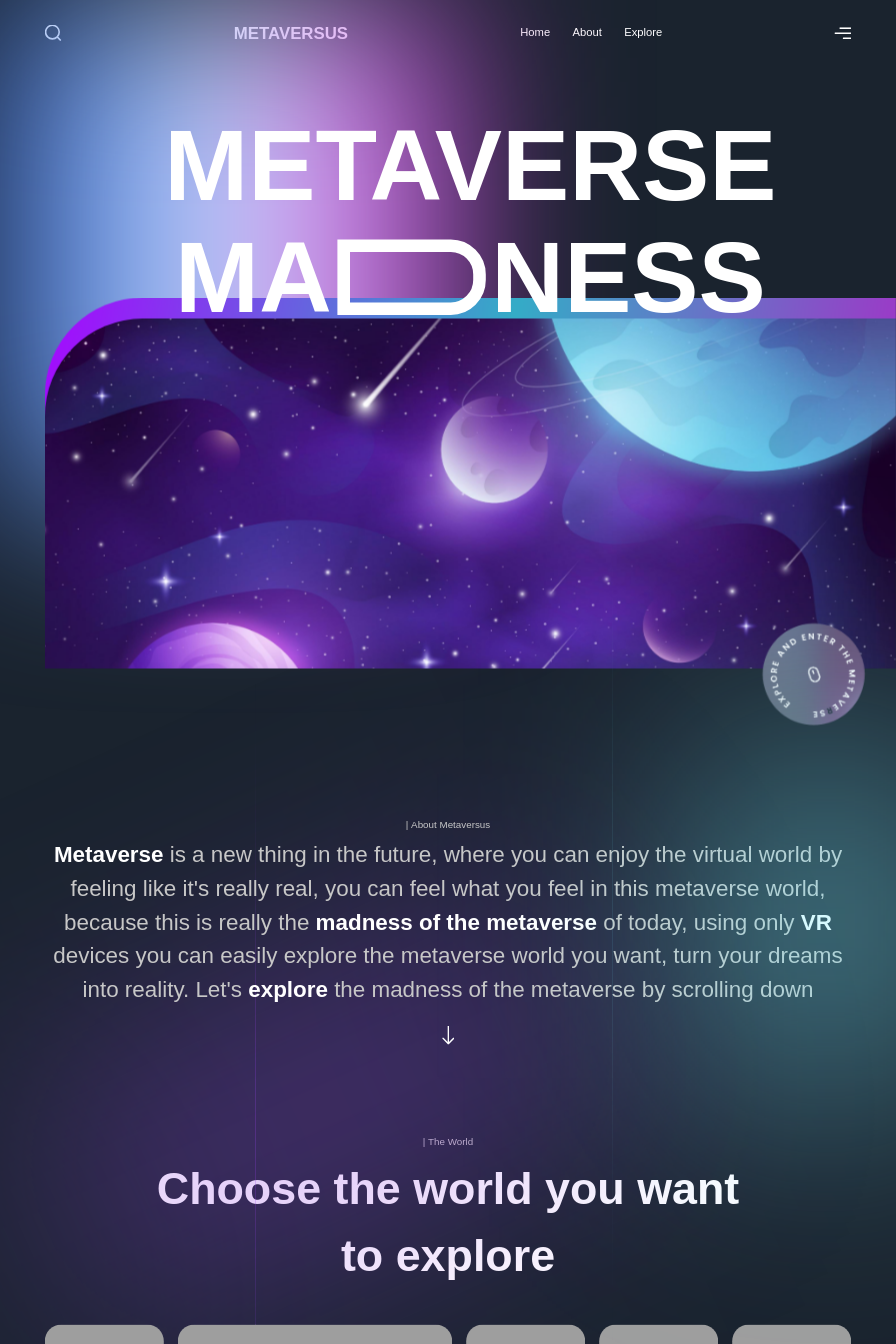
Repository: Shanuga123/metaversus
Page: /
An editor plug-in stored every save of this project. The page is shown before and after a run of saves, followed by the edit.
The browser window is 1280 px wide. The pictures show the part of the page from y = 0 to 1920 px (the page is 7254 px tall), at 70% of full size.
Pictures or frames that could not be fetched are drawn as grey boxes. Some web fonts or font styles are not loaded; a fallback is used. The project was rebuilt for these pictures with package versions that can differ from the ones it lists, and the page was loaded fresh each time. The framework's server and built-in components were replaced by stand-ins that run in the browser. Also part of the build but not shown: next.config.js, sections/Navbar.jsx.

Above is the page before, as saved 2024-08-06 09:11:57.

### sections/index.js
import Hero from './Hero';
import About from './About';
import Explore from './Explore';
import GetStarted from './GetStarted';
import WhatsNew from './WhatsNew';
import World from './World';
import Insights from './Insights';
import Feedback from './Feedback';
import Navbar from './Navbar';

export {
  Navbar,
  Hero,
  About,
  Explore,
  GetStarted,
  WhatsNew,
  World,
  Insights,
  Feedback,
};

### components/Navbar.jsx
'use client';

import { motion } from 'framer-motion';
import { useEffect, useState } from 'react';
import styles from '../styles';
import { navVariants } from '../utils/motion';

const Navbar = () => {
  const [navbarVisible, setNavbarVisible] = useState(true);

  useEffect(() => {
    let lastScrollY = window.scrollY;

    const handleScroll = () => {
      if (window.scrollY > lastScrollY) {
        setNavbarVisible(false); // Hide navbar when scrolling down
      } else {
        setNavbarVisible(true); // Show navbar when scrolling up
      }
      lastScrollY = window.scrollY;
    };

    window.addEventListener('scroll', handleScroll);

    return () => {
      window.removeEventListener('scroll', handleScroll);
    };
  }, []);

  return (
    <motion.nav
      variants={navVariants}
      initial="hidden"
      whileInView="show"
      className={`${styles.xPaddings} py-8 ${styles.navbar} ${navbarVisible ? styles.navbarVisible : styles.navbarHidden}`}
    >
      <div className="absolute w-[50%] inset-0 gradient-01" />
      <div className={`${styles.innerWidth} mx-auto flex justify-between items-center gap-8`}>
        <img
          src="/search.svg"
          alt="search"
          className="w-[24px] h-[24px] object-contain"
        />
        <h2 className="font-extrabold text-[24px] leading-[30.24px] text-white">
          METAVERSUS
        </h2>
        <div className="flex gap-8">
          <a href="#home" className="text-white font-medium">Home</a>
          <a href="#about" className="text-white font-medium">About</a>
          <a href="#explore" className="text-white font-medium">Explore</a>
        </div>
        <img
          src="/menu.svg"
          alt="menu"
          className="w-[24px] h-[24px] object-contain"
        />
      </div>
    </motion.nav>
  );
};

export default Navbar;

### components/CustomTexts.jsx
'use client';

import { motion } from 'framer-motion';
import { textContainer, textVariant2 } from '../utils/motion';

export const TypingText = ({ title, textStyles }) => (
  <motion.p
    variants={textContainer}
    className={`font-normal text-[14px] text-secondary-white ${textStyles}`}
  >
    {Array.from(title).map((letter, index) => (
      <motion.span variants={textVariant2} key={index}>
        {letter === ' ' ? '\u00A0' : letter}
      </motion.span>
    ))}
  </motion.p>
);

export const TitleText = ({ title, textStyles }) => (
  <motion.h2
    variants={textVariant2}
    initial="hidden"
    whileInView="show"
    className={`mt-[8px] font-bold md:text-[64px] text-[40px] text-white ${textStyles}`}
  >
    {title}
  </motion.h2>
);

### components/ExploreCard.jsx
'use client';

import { motion } from 'framer-motion';

import styles from '../styles';
import { fadeIn } from '../utils/motion';

const ExploreCard = ({ id, imgUrl, title, index, active, handleClick }) => (
  <motion.div
    variants={fadeIn('right', 'spring', index * 0.5, 0.75)}
    className={`relative ${
      active === id ? 'lg:flex-[3.5] flex-[10]' : 'lg:flex-[0.5] flex-[2]'
    } flex items-center justify-center min-w-[170px] h-[700px] transition-[flex] duration-[0.7s] ease-out-flex cursor-pointer`}
    onClick={() => handleClick(id)}
  >
    <img
      src={imgUrl}
      alt="planet-04"
      className="absolute w-full h-full object-cover rounded-[24px]"
    />
    {active !== id ? (
      <h3 className="font-semibold sm:text-[26px] text-[18px] text-white absolute z-0 lg:bottom-20 lg:rotate-[-90deg] lg:origin-[0,0]">
        {title}
      </h3>
    ) : (
      <div className="absolute bottom-0 p-8 flex justify-start w-full flex-col bg-[rgba(0,0,0,0.5)] rounded-b-[24px]">
        <div
          className={`${styles.flexCenter} w-[60px] h-[60px] rounded-[24px] glassmorphism mb-[16px]`}
        >
          <img
            src="/headset.svg"
            alt="headset"
            className="w-1/2 h-1/2 object-contain"
          />
        </div>
        <p className="font-normal text-[16px] leading-[20.16px] text-white uppercase">
          Enter Metaverse
        </p>
        <h2 className="mt-[24px] font-semibold sm:text-[32px] text-[24px] text-white">
          {title}
        </h2>
      </div>
    )}
  </motion.div>
);

export default ExploreCard;

### components/InsightCard.jsx
'use client';

import { motion } from 'framer-motion';

import { fadeIn } from '../utils/motion';

const InsightCard = ({ imgUrl, title, subtitle, index }) => (
  <motion.div
    variants={fadeIn('up', 'spring', index * 0.5, 1)}
    className="flex md:flex-row flex-col gap-4"
  >
    <img
      src={imgUrl}
      alt="planet-01"
      className="md:w-[270px] w-full h-[250px] rounded-[32px] object-cover"
    />
    <div className="w-full flex justify-between items-center">
      <div className="flex-1 md:ml-[62px] flex flex-col max-w-[650px]">
        <h4 className="font-normal lg:text-[42px] text-[26px] text-white">
          {title}
        </h4>
        <p className="mt-[16px] font-normal lg:text-[20px] text-[14px] text-secondary-white">
          {subtitle}
        </p>
      </div>

      <div
        className="lg:flex hidden items-center justify-center w-[100px] h-[100px] rounded-full bg-transparent border-[1px] border-white"
      >
        <img
          src="/arrow.svg"
          alt="arrow"
          className="w-[40%] h-[40%] object-contain"
        />
      </div>
    </div>
  </motion.div>
);

export default InsightCard;

### components/Footer.jsx
'use client';

import { motion } from 'framer-motion';
import { socials } from '../constants';

import styles from '../styles';
import { footerVariants } from '../utils/motion';

const Footer = () => (
  <motion.footer
    variants={footerVariants}
    initial="hidden"
    whileInView="show"
    className={`${styles.xPaddings} py-8 relative`}
  >
    <div className="footer-gradient" />
    <div className={`${styles.innerWidth} mx-auto flex flex-col gap-8`}>
      <div className="flex items-center justify-between flex-wrap gap-5">
        <h4 className="font-bold md:text-[64px] text-[44px] text-white">
          Enter the Metaverse
        </h4>
        <button type="button" className="flex items-center h-fit py-4 px-6 bg-[#25618B] rounded-[32px] gap-[12px]">
          <img
            src="/headset.svg"
            alt="headset"
            className="w-[24px] h-[24px] object-contain"
          />
          <span className="font-normal text-[16px] text-white">
            Enter Metaverse
          </span>
        </button>
      </div>

      <div className="flex flex-col">
        <div className="mb-[50px] h-[2px] bg-white opacity-10" />

        <div className="flex items-center justify-between flex-wrap gap-4">
          <h4 className="font-extrabold text-[24px] text-white">
            METAVERUS
          </h4>
          <p className="font-normal text-[14px] text-white opacity-50">
            Copyright © 2021 - 2022 Metaversus. All rights reserved.
          </p>

          <div className="flex gap-4">
            {socials.map((social) => (
              <img
                key={social.name}
                src={social.url}
                alt={social.name}
                className="w-[24px] h-[24px] object-contain cursor-pointer"
              />
            ))}
          </div>
        </div>
      </div>
    </div>
  </motion.footer>
);

export default Footer;

### sections/Hero.jsx
'use client';

import { motion } from 'framer-motion';

import styles from '../styles';
import { slideIn, staggerContainer, textVariant } from '../utils/motion';

const Hero = () => (
  <section className={`${styles.yPaddings} sm:pl-16 pl-6`}>
    <motion.div
      variants={staggerContainer}
      initial="hidden"
      whileInView="show"
      viewport={{ once: false, amount: 0.25 }}
      className={`${styles.innerWidth} mx-auto flex flex-col`}
    >
      <div className="flex justify-center items-center flex-col relative z-10">
        <motion.h1 variants={textVariant(1.1)} className={styles.heroHeading}>
          Metaverse
        </motion.h1>
        <motion.div
          variants={textVariant(1.2)}
          className="flex flex-row justify-center items-center"
        >
          <h1 className={styles.heroHeading}>Ma</h1>
          <div className={styles.heroDText} />
          <h1 className={styles.heroHeading}>Ness</h1>
        </motion.div>
      </div>

      <motion.div
        variants={slideIn('right', 'tween', 0.2, 1)}
        className="relative w-full md:-mt-[20px] -mt-[12px]"
      >
        <div className="absolute w-full h-[300px] hero-gradient rounded-tl-[140px] z-[0] -top-[30px]" />

        <img
          src="/cover.png"
          alt="hero_cover"
          className="w-full sm:h-[500px] h-[350px] object-cover rounded-tl-[140px] z-10 relative"
        />

        <a href="#explore">
          <div className="w-full flex justify-end sm:-mt-[70px] -mt-[50px] pr-[40px] relative z-10">
            <img
              src="/stamp.png"
              alt="stamp"
              className="sm:w-[155px] w-[100px] sm:h-[155px] h-[100px] object-contain"
            />
          </div>
        </a>
      </motion.div>
    </motion.div>
  </section>
);

export default Hero;

### sections/About.jsx
'use client';

import { motion } from 'framer-motion';
import { TypingText } from '../components';

import styles from '../styles';
import { fadeIn, staggerContainer } from '../utils/motion';

const About = () => (
  <section id="about" className={`${styles.paddings} relative z-10`}>
    <div className="gradient-02 z-0" />
    <motion.div
      variants={staggerContainer}
      initial="hidden"
      whileInView="show"
      viewport={{ once: false, amount: 0.25 }}
      className={`${styles.innerWidth} mx-auto ${styles.flexCenter} flex-col`}
    >
      <TypingText title="| About Metaversus" textStyles="text-center" />

      <motion.p
        variants={fadeIn('up', 'tween', 0.2, 1)}
        className="mt-[8px] font-normal sm:text-[32px] text-[20px] text-center text-secondary-white"
      >
        <span className="font-extrabold text-white">Metaverse</span> is a new
        thing in the future, where you can enjoy the virtual world by feeling
        like it's really real, you can feel what you feel in this metaverse
        world, because this is really the{' '}
        <span className="font-extrabold text-white">
          madness of the metaverse
        </span>{' '}
        of today, using only{' '}
        <span className="font-extrabold text-white">VR</span> devices you can
        easily explore the metaverse world you want, turn your dreams into
        reality. Let's{' '}
        <span className="font-extrabold text-white">explore</span> the madness
        of the metaverse by scrolling down
      </motion.p>

      <motion.img
        variants={fadeIn('up', 'tween', 0.3, 1)}
        src="/arrow-down.svg"
        alt="arrow down"
        className="w-[18px] h-[28px] object-contain mt-[28px]"
      />
    </motion.div>
  </section>
);

export default About;

### sections/Explore.jsx
'use client';

import { useState } from 'react';
import { motion } from 'framer-motion';

import styles from '../styles';
import { exploreWorlds } from '../constants';
import { staggerContainer } from '../utils/motion';
import { ExploreCard, TitleText, TypingText } from '../components';

const Explore = () => {
  const [active, setActive] = useState('world-2');

  return (
    <section className={`${styles.paddings}`} id="explore">
      <motion.div
        variants={staggerContainer}
        initial="hidden"
        whileInView="show"
        viewport={{ once: false, amount: 0.25 }}
        className={`${styles.innerWidth} mx-auto flex flex-col`}
      >
        <TypingText title="| The World" textStyles="text-center" />
        <TitleText
          title={<>Choose the world you want <br className="md:block hidden" /> to explore</>}
          textStyles="text-center"
        />
        <div className="mt-[50px] flex lg:flex-row flex-col min-h-[70vh] gap-5">
          {exploreWorlds.map((world, index) => (
            <ExploreCard
              key={world.id}
              {...world}
              index={index}
              active={active}
              handleClick={setActive}
            />
          ))}
        </div>
      </motion.div>
    </section>
  );
};

export default Explore;

### sections/GetStarted.jsx
'use client';

import { motion } from 'framer-motion';

import styles from '../styles';
import { startingFeatures } from '../constants';
import { StartSteps, TitleText, TypingText } from '../components';
import { staggerContainer, fadeIn, planetVariants } from '../utils/motion';

const GetStarted = () => (
  <section className={`${styles.paddings} relative z-10`}>
    <motion.div
      variants={staggerContainer}
      initial="hidden"
      whileInView="show"
      viewport={{ once: false, amount: 0.25 }}
      className={`${styles.innerWidth} mx-auto flex lg:flex-row flex-col gap-8`}
    >
      <motion.div
        variants={planetVariants('left')}
        className={`flex-1 ${styles.flexCenter}`}
      >
        <img
          src="/get-started.png"
          alt="get-started"
          className="w-[90%] h-[90%] object-contain"
        />
      </motion.div>
      <motion.div
        variants={fadeIn('left', 'tween', 0.2, 1)}
        className="flex-[0.75] flex justify-center flex-col"
      >
        <TypingText title="| How Metaversus Works" />
        <TitleText title={<>Get started with just a few clicks</>} />
        <div className="mt-[31px] flex flex-col max-w-[370px] gap-[24px]">
          {startingFeatures.map((feature, index) => (
            <StartSteps
              key={feature}
              number={`${index < 10 ? '0' : ''} ${index + 1}`}
              text={feature}
            />
          ))}
        </div>
      </motion.div>
    </motion.div>
  </section>
);

export default GetStarted;

### sections/WhatsNew.jsx
'use client';

import { motion } from 'framer-motion';

import styles from '../styles';
import { newFeatures } from '../constants';
import { NewFeatures, TitleText, TypingText } from '../components';
import { planetVariants, staggerContainer, fadeIn } from '../utils/motion';

const WhatsNew = () => (
  <section className={`${styles.paddings} relative z-10`}>
    <motion.div
      variants={staggerContainer}
      initial="hidden"
      whileInView="show"
      viewport={{ once: false, amount: 0.25 }}
      className={`${styles.innerWidth} mx-auto flex lg:flex-row flex-col gap-8`}
    >
      <motion.div
        variants={fadeIn('right', 'tween', 0.2, 1)}
        className="flex-[0.95] flex justify-center flex-col"
      >
        <TypingText title="| Whats new?" />
        <TitleText title={<>What's new about Metaversus?</>} />
        <div className="mt-[48px] flex flex-wrap justify-between gap-[24px]">
          {newFeatures.map((feature) => (
            <NewFeatures key={feature.title} {...feature} />
          ))}
        </div>
      </motion.div>

      <motion.div
        variants={planetVariants('right')}
        className={`flex-1 ${styles.flexCenter}`}
      >
        <img
          src="/whats-new.png"
          alt="get-started"
          className="w-[90%] h-[90%] object-contain"
        />
      </motion.div>
    </motion.div>
  </section>
);

export default WhatsNew;

### sections/World.jsx
'use client';

import { motion } from 'framer-motion';

import styles from '../styles';
import { TitleText, TypingText } from '../components';
import { fadeIn, staggerContainer } from '../utils/motion';

const World = () => (
  <section className={`${styles.paddings} relative z-10`}>
    <motion.div
      variants={staggerContainer}
      initial="hidden"
      whileInView="show"
      viewport={{ once: false, amount: 0.25 }}
      className={`${styles.innerWidth} mx-auto flex flex-col`}
    >

      <TypingText title="| People on the World" textStyles="text-center" />
      <TitleText
        title={(
          <>Track friends around you and invite them to play together in the same
            world
          </>
        )}
        textStyles="text-center"
      />

      <motion.div
        variants={fadeIn('up', 'tween', 0.3, 1)}
        className="relative mt-[68px] flex w-full h-[550px]"
      >
        <img src="/map.png" alt="map" className="w-full h-full object-cover" />

        <div className="absolute bottom-20 right-20 w-[70px] h-[70px] p-[6px] rounded-full bg-[#5D6680]">
          <img src="people-01.png" alt="people" className="w-full h-full" />
        </div>

        <div className="absolute top-10 left-20 w-[70px] h-[70px] p-[6px] rounded-full bg-[#5D6680]">
          <img src="/people-02.png" alt="people" className="w-full h-full" />
        </div>

        <div className="absolute top-1/2 left-[45%] w-[70px] h-[70px] p-[6px] rounded-full bg-[#5D6680]">
          <img src="people-03.png" alt="people" className="w-full h-full" />
        </div>
      </motion.div>
    </motion.div>
  </section>
);

export default World;

### sections/Insights.jsx
'use client';

import { motion } from 'framer-motion';

import styles from '../styles';
import { insights } from '../constants';
import { staggerContainer } from '../utils/motion';
import { InsightCard, TitleText, TypingText } from '../components';

const Insights = () => (
  <section className={`${styles.paddings} relative z-10`}>
    <motion.div
      variants={staggerContainer}
      initial="hidden"
      whileInView="show"
      viewport={{ once: false, amount: 0.25 }}
      className={`${styles.innerWidth} mx-auto flex flex-col`}
    >
      <TypingText title="| Insight" textStyles="text-center" />
      <TitleText title={<>Insight about metaverse</>} textStyles="text-center" />
      <div className="mt-[50px] flex flex-col gap-[30px]">
        {insights.map((item, index) => (
          <InsightCard key={`insight-${index}`} {...item} index={index + 1} />
        ))}
      </div>
    </motion.div>
  </section>
);

export default Insights;

### sections/Feedback.jsx
'use client';

import { motion } from 'framer-motion';

import styles from '../styles';
import { fadeIn, staggerContainer, zoomIn } from '../utils/motion';

const Feedback = () => (
  <section className={`${styles.paddings}`}>
    <motion.div
      variants={staggerContainer}
      initial="hidden"
      whileInView="show"
      viewport={{ once: false, amount: 0.25 }}
      className={`${styles.innerWidth} mx-auto flex lg:flex-row flex-col gap-6`}
    >
      <motion.div
        variants={fadeIn('right', 'tween', 0.2, 1)}
        className="flex-[0.5] lg:max-w-[370px] flex justify-end flex-col gradient-05 sm:p-8 p-4 rounded-[32px] border-[1px] border-[#6A6A6A] relative"
      >
        <div className="feedback-gradient" />
        <div>
          <h4 className="font-bold sm:text-[32px] text-[26px] sm:leading-[40.32px] leading-[36.32px] text-white">
            Samantha
          </h4>
          <p className="mt-[8px] font-normal sm:text-[18px] text-[12px] sm:leading-[22.68px] leading-[16.68px] text-white">
            Founder Metaverus
          </p>
        </div>

        <p className="mt-[24px] font-normal sm:text-[24px] text-[18px] sm:leading-[45.6px] leading-[39.6px] text-white">
          “With the development of today's technology, metaverse is very
          useful for today's work, or can be called web 3.0. by using
          metaverse you can use it as anything”
        </p>
      </motion.div>

      <motion.div
        variants={fadeIn('left', 'tween', 0.2, 1)}
        className="relative flex-1 flex justify-center items-center"
      >
        <img
          src="/planet-09.png"
          alt="planet-09"
          className="w-full lg:h-[610px] h-auto min-h-[210px] object-cover rounded-[40px]"
        />

        <motion.div
          variants={zoomIn(0.4, 1)}
          className="lg:block hidden absolute -left-[10%] top-[3%]"
        >
          <img
            src="/stamp.png"
            alt="stamp"
            className="w-[155px] h-[155px] object-contain"
          />
        </motion.div>
      </motion.div>
    </motion.div>
  </section>
);

export default Feedback;

### styles/index.js
const styles = {
    innerWidth: '2xl:max-w-[1280px] w-full',
    interWidth: 'lg:w-[80%] w-[100%]',

    paddings: 'sm:p-16 xs:p-8 px-6 py-12',
    yPaddings: 'sm:py-16 xs:py-8 py-12',
    xPaddings: 'sm:px-16 px-6',
    topPaddings: 'sm:pt-16 xs:pt-8 pt-12',
    bottomPaddings: 'sm:pb-16 xs:pb-8 pb-12',

    flexCenter: 'flex justify-center items-center',
    flexStart: 'flex justify-start items-start',
    flexEnd: 'flex justify-end',
    navPadding: 'pt-[98px]',

    // hero section
    heroHeading:
        'font-bold lg:text-[144px] md:text-[100px] sm:text-[60px] text-[44px] lg:leading-[158.4px] md:leading-[114.4px] sm:leading-[74.4px] leading-[64.4px] uppercase text-white',
    heroDText:
        'md:w-[212px] sm:w-[80px] w-[60px] md:h-[108px] sm:h-[48px] h-[38px] md:border-[18px] border-[9px] rounded-r-[50px] border-white sm:mx-2 mx-[6px]',
  };

  export default styles;

Loaded but not shown: app/layout.js (common file); app/page.js (common file); styles/globals.css (common file); components/index.js (common file); components/StartSteps.jsx (common file); components/NewFeatures.jsx (common file); tailwind.config.js (common file); utils/motion.js (161 lines, source omitted); constants/index.js (88 lines, source omitted)

After the next 2 saves:
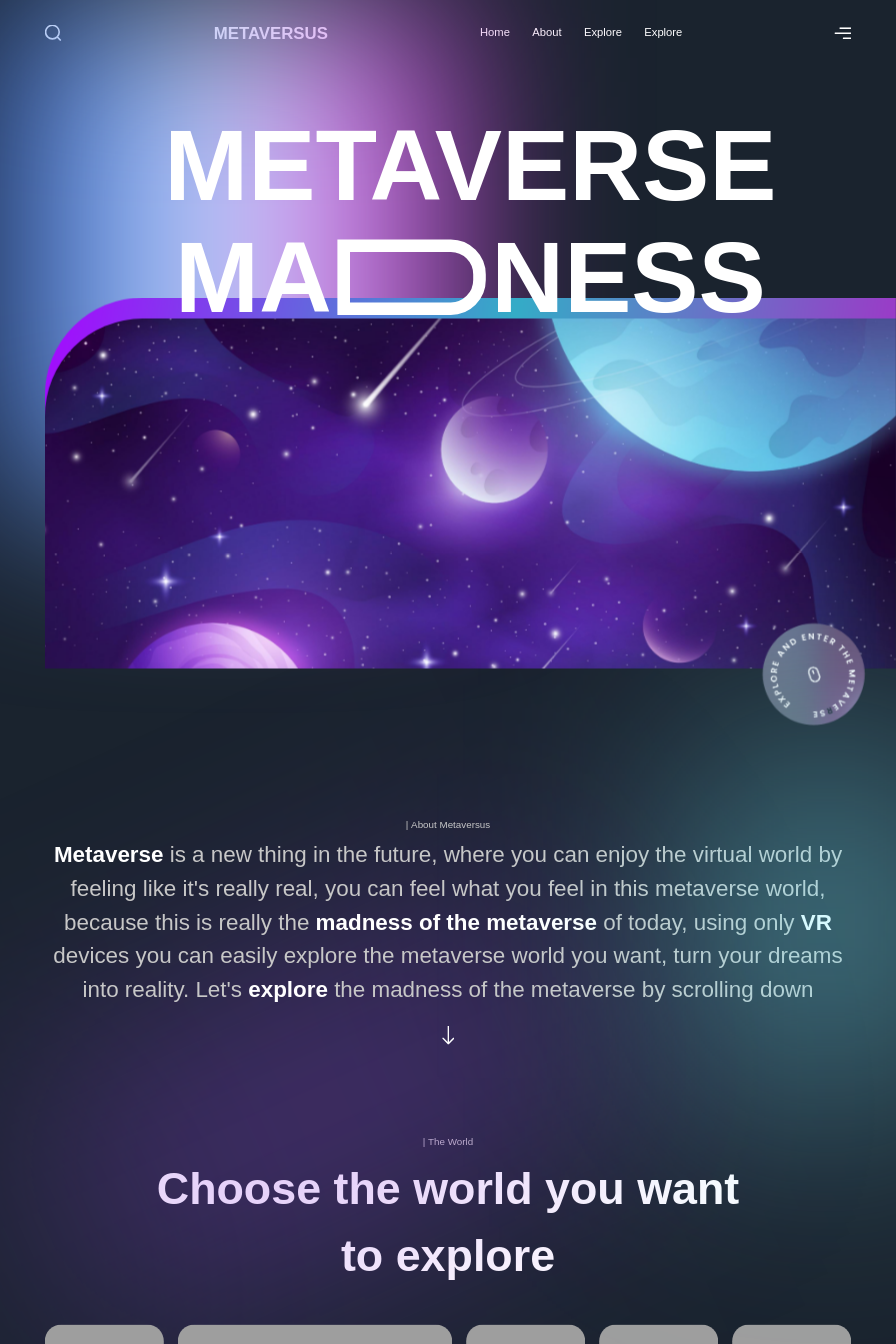
The 2 saves are shown as one change because they came seconds apart.
The last was saved 96 s later.
--- a/components/Navbar.jsx
+++ b/components/Navbar.jsx
@@ -48,6 +48,7 @@ const Navbar = () => {
           <a href="#home" className="text-white font-medium">Home</a>
           <a href="#about" className="text-white font-medium">About</a>
           <a href="#explore" className="text-white font-medium">Explore</a>
+          <a href="#explore" className="text-white font-medium">Explore</a>
         </div>
         <img
           src="/menu.svg"
